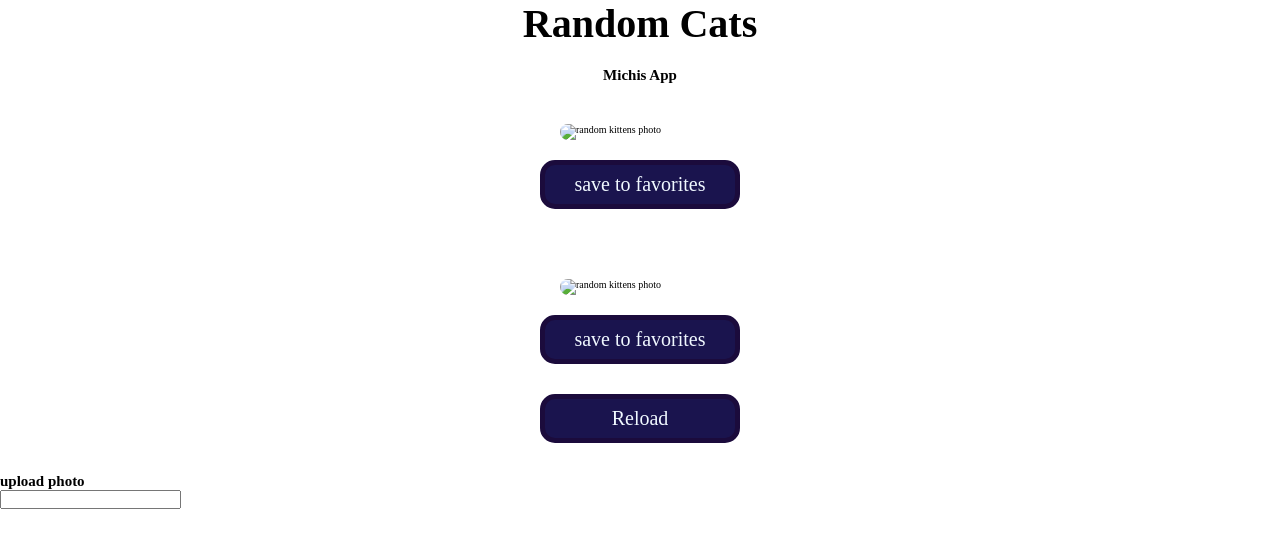
Repository: elto82/ConsumoAPIRESTjs
Page: index.html
An editor plug-in stored every save of this project. The page is shown before and after the next save, followed by the edit.
The browser window is 1280 px wide. The pictures show the whole page.
The page's requests for data from a server got no answer.

Above is the page before, as saved 2022-07-03 20:22:13.

### index.html
<!DOCTYPE html>
<html lang="en">

<head>
  <meta charset="UTF-8">
  <meta http-equiv="X-UA-Compatible" content="IE=edge">
  <meta name="viewport" content="width=device-width, initial-scale=1.0">
  <title>Random Cats</title>
  <link rel="stylesheet" href="style.css">
</head>

<body>
  <header>
    <h1>Random Cats</h1>
  </header>
  <section id="randomMichis" class="container">
    <h2>Michis App</h2>
    <span id="error"></span>
    <article>
      <img id="img1" alt="random kittens photo" class="image">
      <button id="btn1" class="random-cat-button">
        save to favorites
      </button>
    </article>
    <article>
      <img id="img2" alt="random kittens photo" class="image">
      <button id="btn2" class="random-cat-button">
        save to favorites
      </button>
    </article>

    <button class="random-cat-button" onclick="loadRandomMichis()">
      Reload
    </button>

  </section>
  <section id="favoriteMichis">

  </section>

  <section id="uploadingMichi">
    <h2>upload photo</h2>
    <form id="uploadingForm"></form>
    <input id="file">
  </section>
  <script src="./main.js"></script>
</body>

</html>

### style.css
* {
  box-sizing: border-box;
  margin: 0px;
  padding: 0px;
}
html {
  font-size: 62.5%;
}
body {
  font-family: 'Square Peg', cursive;
}
header {
  display: flex;
  justify-content: center;
}
h1 {
  font-size: 4rem;
}
article{
  display: flex;
  flex-direction: column;
  justify-content: center;
  place-items: center;
  padding: 20px;
}
.container {
  display: flex;
  flex-direction: column;
  justify-content: center;
  place-items: center;
  padding: 20px;
}
.container .image {
  border-radius: 20px;
  margin: 20px;
  width: 80%;
  height: auto;
}
.random-cat-button {
  align-items: center;
  background-color: rgb(26, 20, 78);
  border: 5px solid rgb(27, 11, 60);
  border-radius: 15px;
  color: aliceblue;
  cursor: pointer;
  font-family: 'Pacifico', cursive;
  font-size: 2rem;
  padding: 0.8rem;
  width: 20rem;
  height: auto;
  margin-bottom: 1rem;
}
.random-cat-button:hover {
  border: 5px solid rgb(36, 16, 71);
  background-color: rgb(33, 14, 62);
}

### main.js
/*--------------------------------------------- endpoint
const API_URL = "https://api.thecatapi.com/v1/images/search"; */
/* --------------------------------------------------------query parameters */
const API_URL_random = "https://api.thecatapi.com/v1/images/search?limit=2";

const API_URL_favorites = "https://api.thecatapi.com/v1/favourites";

const API_URL_favorites_delete = (id) =>
  `https://api.thecatapi.com/v1/favourites/${id}`;

const spanError = document.getElementById("error");

async function loadRandomMichis() {
  const res = await fetch(API_URL_random);
  const data = await res.json();

  console.log(data);
  console.log("loadRandomMichis");

  if (res.status !== 200) {
    spanError.innerHTML = `hubo un error: ${res.status} ${data.message}`;
  } else {
    const img1 = document.getElementById("img1");
    const img2 = document.getElementById("img2");
    const btn1 = document.getElementById("btn1");
    const btn2 = document.getElementById("btn2");

    img1.src = data[0].url;
    img2.src = data[1].url;
    btn1.onclick = () => saveFavoriteMichi(data[0].id);
    btn2.onclick = () => saveFavoriteMichi(data[1].id);
  }
}

async function loadFavoriteMichis() {
  const res = await fetch(API_URL_favorites, {
    method: "GET",
    headers: {
      "X-API-KEY": "11fb4c78-96c8-403c-b282-b8c4d38b4b60",
    },
  });
  const data = await res.json();

  console.log(data);
  console.log("loadFavoriteMichis");

  if (res.status !== 200) {
    spanError.innerHTML = `Hubo un error: ${res.status} ${data.message}`;
  } else {
    const section = document.getElementById("favoriteMichis");
    section.innerHTML = "";
    const h2 = document.createElement("h2");
    const h2Text = document.createTextNode("Michis Favorites");
    h2.appendChild(h2Text);
    section.appendChild(h2);

    data.forEach((michi) => {
      const article = document.createElement("article");
      const img = document.createElement("img");
      const btn = document.createElement("button");
      const btnText = document.createTextNode("remove michi");

      btn.appendChild(btnText);
      btn.onclick = () => deleteFavoriteMichi(michi.id);
      img.src = michi.image.url;
      img.width = 150;
      article.appendChild(img);
      article.appendChild(btn);
      section.appendChild(article);
    });
  }
}

async function saveFavoriteMichi(id) {
  const res = await fetch(API_URL_favorites, {
    method: "POST",
    headers: {
      "Content-Type": "application/json",
      "X-API-KEY": "11fb4c78-96c8-403c-b282-b8c4d38b4b60",
    },
    body: JSON.stringify({
      image_id: id,
    }),
  });
  const data = await res.json();

  console.log("save");
  console.log(res);

  if (res.status !== 200) {
    spanError.innerHTML = `Hubo un error: ${res.status} ${data.message}`;
  } else {
    console.log("michi guardado en favoritos");
    loadFavoriteMichis();
  }
}

async function deleteFavoriteMichi(id) {
  const res = await fetch(API_URL_favorites_delete(id), {
    method: "DELETE",
    headers:{
      "X-API-KEY": "11fb4c78-96c8-403c-b282-b8c4d38b4b60",
    }
  });
  const data = await res.json();

  if (res.status !== 200) {
    spanError.innerHTML = `Hubo un error: ${res.status} ${data.message}`;
  } else {
    console.log("michi eliminado de favoritos");
    loadFavoriteMichis();
  }
}

loadRandomMichis();
loadFavoriteMichis();

After the next save:
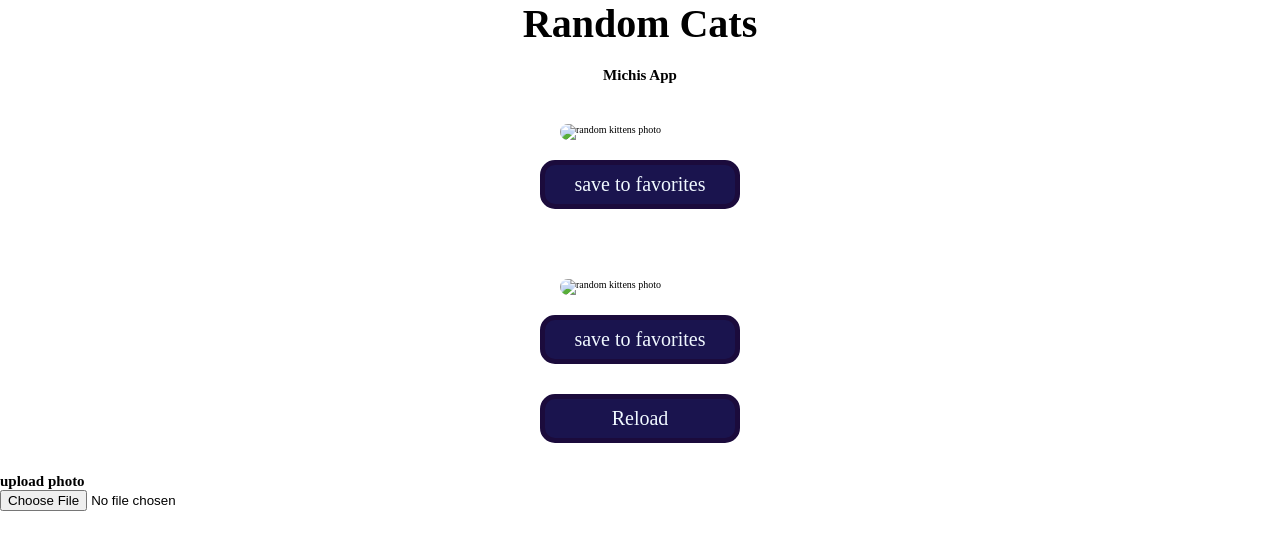
Saved 59 s later.
--- a/index.html
+++ b/index.html
@@ -41,7 +41,7 @@
   <section id="uploadingMichi">
     <h2>upload photo</h2>
     <form id="uploadingForm"></form>
-    <input id="file">
+    <input id="file" type="file" name="file">
   </section>
   <script src="./main.js"></script>
 </body>
